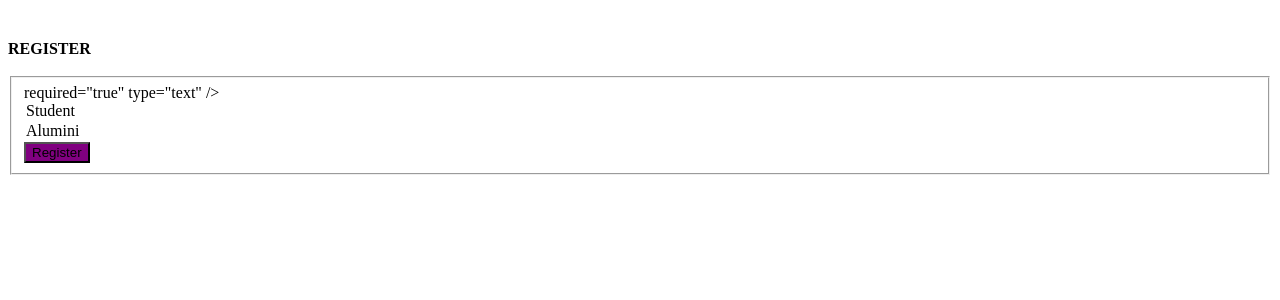
Repository: aneishkumar/AngularJS-Application
Page: Angularjs-Application-march16th/project2/WebContent/register.html
An editor plug-in stored every save of this project. The page is shown before and after the next save, followed by the edit.
The browser window is 1280 px wide. The pictures show the whole page.

Above is the page before, as saved 2018-03-15 19:01:22.

After the next save:
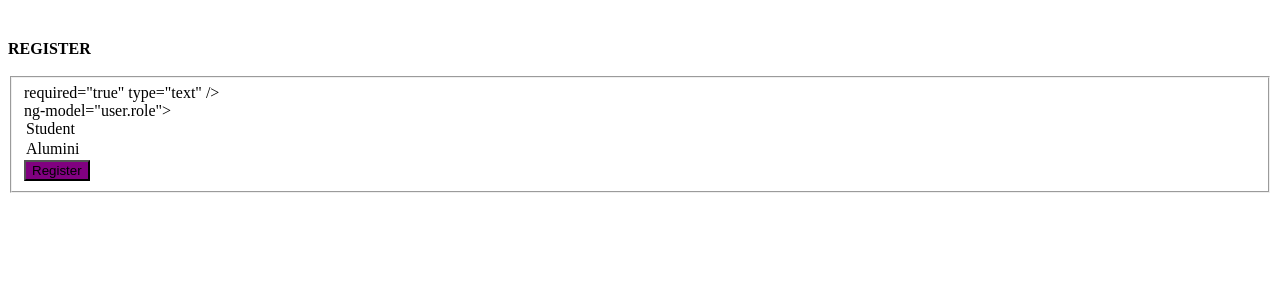
Saved 4 min 56 s later.
--- a/Angularjs-Application-march16th/project2/WebContent/register.html
+++ b/Angularjs-Application-march16th/project2/WebContent/register.html
@@ -25,7 +25,7 @@
 												<span class="input-group-addon">
 													<i class="glyphicon glyphicon-user"></i>
 												</span>
-												<form:input  class="form-control" placeholder="Username"  ng-model="user.username" required="true" type="text" pattern=".{5,10}" title="minimum length for username is 5"/>
+												<form:input  placeholder="Username"  ng-model="user.username" required="true" type="text" pattern=".{5,10}" title="minimum length for username is 5"/>
 											</div>
 										</div>
 										<div class="form-group">
@@ -52,7 +52,7 @@
 
 													<i class="glyphicon glyphicon-user" ></i>
 												</span>
-												<form:select  placeholder="Role" ng-model="user.role">
+												<form></form>   ng-model="user.role">
 												<option value="Student">Student</option>
 												<option value="Alumini">Alumini</option>
 												</form:select>
